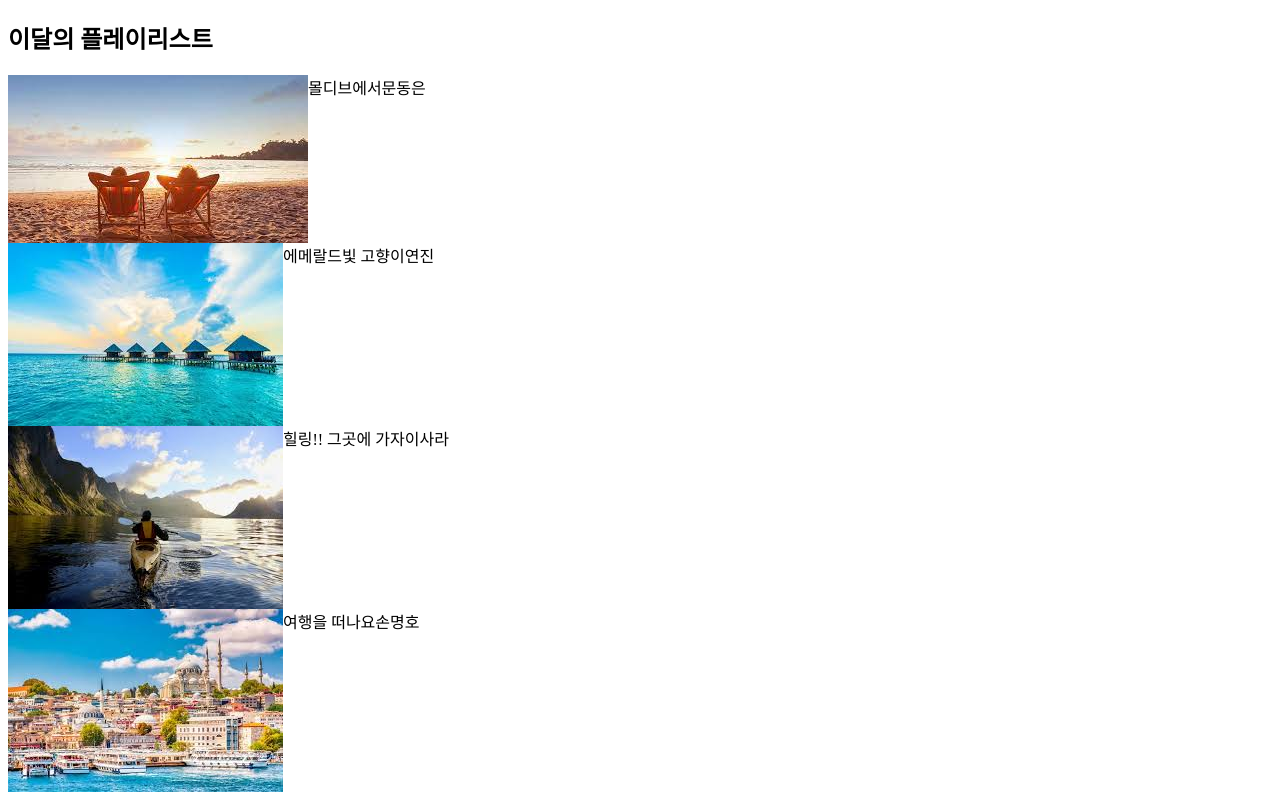
Repository: daeun0220/KB_EDU_JAVA
Page: work03_FrontUI/front03_CSS3/src/main/webapp/css03_flexbox_exam1.html
The author's editor kept a copy of each file at every save. The page is drawn from the files as they stood at one save, then again after the next save.
The browser window is 1280 px wide. The pictures show the whole page.

Above is the page before, as saved 2023-08-09 01:34:10.

### work03_FrontUI/front03_CSS3/src/main/webapp/css03_flexbox_exam1.html
<!DOCTYPE html>
<html lang="ko">
<head>
  <meta charset="utf-8">
  <title>Play List</title>
  <style type="text/css">
.playlist {
	display: flex;
	flex-direction: row;
}

</style>
</head>
<body>
  <section>
    <h2 class="section-title">이달의 플레이리스트</h2>
    <div class="playlists">
      <div class="playlist">
        <img class="playlist-thumb" src="./img/p1.jpg">
        <div class="playlist-title">
              몰디브에서
        </div>
        <div class="playlist-artist">
         문동은
        </div>
      </div>

      <div class="playlist">
        <img class="playlist-thumb" src="./img/p2.jpg">
        <div class="playlist-title">
               에메랄드빛 고향
        </div>
        <div class="playlist-artist">
         이연진
        </div>
      </div>

      <div class="playlist">
        <img class="playlist-thumb" src="./img/p3.jpg">
        <div class="playlist-title">
              힐링!! 그곳에 가자
        </div>
        <div class="playlist-artist">
         이사라
        </div>
      </div>

      <div class="playlist">
        <img class="playlist-thumb" src="./img/p4.jpg">
        <div class="playlist-title">
              여행을 떠나요
        </div>
        <div class="playlist-artist">
         손명호
        </div>
      </div>
    </div>
  </section>
</body>
</html>

After the next save:
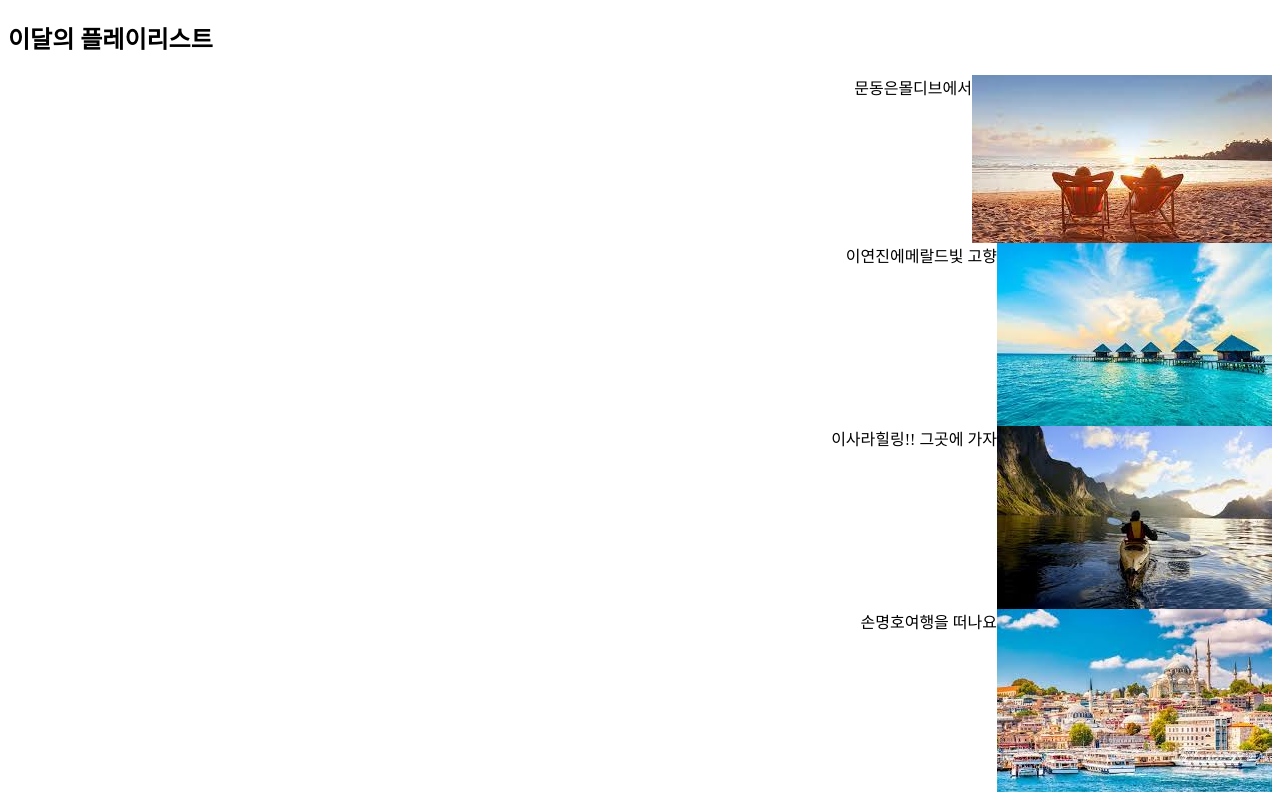
Saved 23 s later.
--- a/work03_FrontUI/front03_CSS3/src/main/webapp/css03_flexbox_exam1.html
+++ b/work03_FrontUI/front03_CSS3/src/main/webapp/css03_flexbox_exam1.html
@@ -6,7 +6,7 @@
   <style type="text/css">
 .playlist {
 	display: flex;
-	flex-direction: row;
+	flex-direction: row-reverse;
 }
 
 </style>
